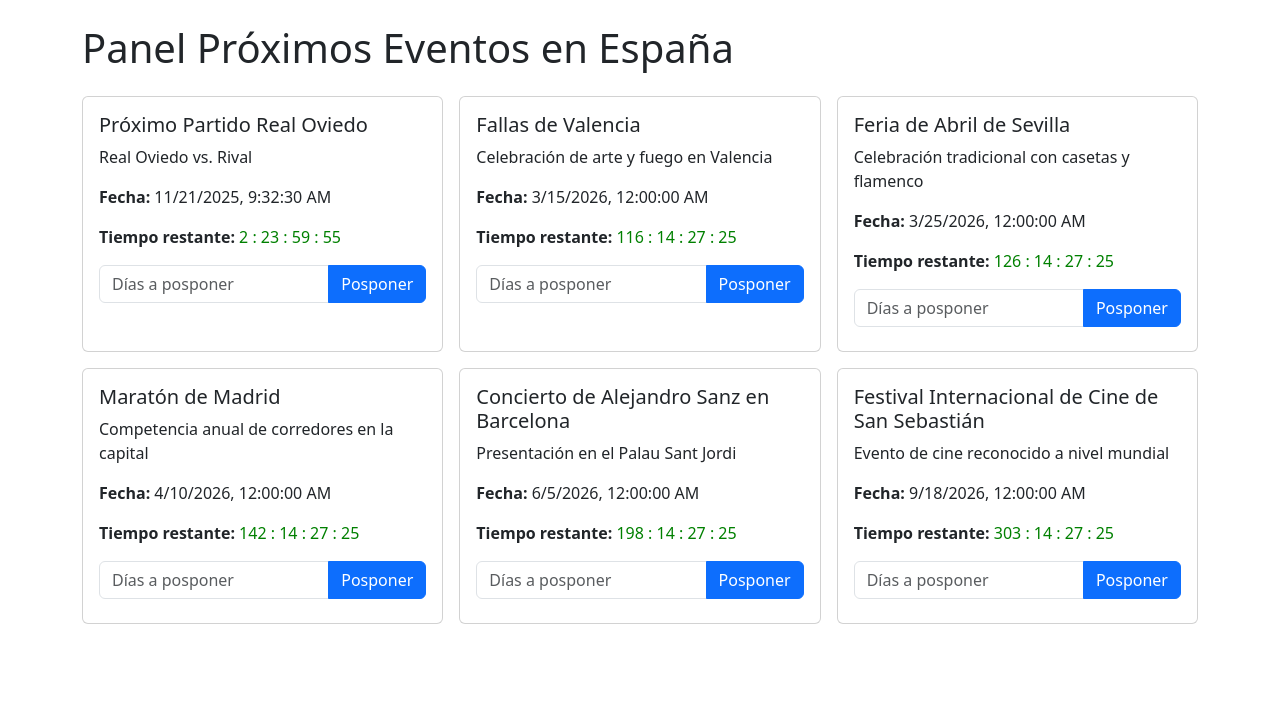
Repository: osoriomrs/DWEC
Page: EJER_16/Ejercicio2/index.html
These files come from the project's save history. The page is drawn as it stood at one moment and after the next save; the edit follows.
The browser window is 1280 px wide. The pictures show the whole page.

Above is the page before, as saved 2026-01-14 11:05:48.

### EJER_16/Ejercicio2/index.html
<!DOCTYPE html>
<html lang="es">
<head>
  <meta charset="UTF-8">
  <meta name="viewport" content="width=device-width, initial-scale=1.0">
  <title>Panel de Eventos</title>
  <link href="https://cdn.jsdelivr.net/npm/bootstrap@5.3.2/dist/css/bootstrap.min.css" rel="stylesheet">
</head>
<body>
  <div class="container py-4">
    <h1 class="mb-4">Panel Próximos Eventos en España</h1>
    <div id="eventosContainer" class="row g-3"></div>
  </div>
  <script src="scripts/app.js"></script>
</body>
</html>

### EJER_16/Ejercicio2/scripts/app.js
const eventosContainer = document.getElementById("eventosContainer")

function crearFecha(...args) {
  if (args.length === 1) {
    if (typeof args[0] === "number") return new Date(args[0])
    if (typeof args[0] === "string") return new Date(args[0])
  }
  if (args.length === 3) return new Date(args[0], args[1] - 1, args[2])
  return null
}

const ahora = new Date()
const tresDiasDespues = new Date(ahora.getTime() + 3 * 24 * 60 * 60 * 1000)

let eventos = [
  { nombre: "Maratón de Madrid", descripcion: "Competencia anual de corredores en la capital", fecha: crearFecha("2026-04-10") },
  { nombre: "Feria de Abril de Sevilla", descripcion: "Celebración tradicional con casetas y flamenco", fecha: crearFecha(2026, 3, 25) },
  { nombre: "Festival Internacional de Cine de San Sebastián", descripcion: "Evento de cine reconocido a nivel mundial", fecha: crearFecha("2026-09-18") },
  { nombre: "Concierto de Alejandro Sanz en Barcelona", descripcion: "Presentación en el Palau Sant Jordi", fecha: crearFecha(2026, 6, 5) },
  { nombre: "Próximo Partido Real Oviedo", descripcion: "Real Oviedo vs. Rival", fecha: tresDiasDespues },
  { nombre: "Fallas de Valencia", descripcion: "Celebración de arte y fuego en Valencia", fecha: crearFecha("2026-03-15") }
]


function ordenarEventos() {
  eventos.sort((a, b) => a.fecha - b.fecha)
}

function formatear(ms) {
  const s = Math.floor(ms / 1000)
  const d = Math.floor(s / 86400)
  const h = Math.floor((s % 86400) / 3600)
  const m = Math.floor((s % 3600) / 60)
  const sec = s % 60
  return `${d} : ${h} : ${m} : ${sec}`
}

function render() {
  eventosContainer.innerHTML = ""

  eventos.forEach((e, index) => {
    const card = document.createElement("div")
    card.className = "col-md-4"
    card.innerHTML = `
      <div class="card h-100">
        <div class="card-body d-flex flex-column">
          <h5 class="card-title">${e.nombre}</h5>
          <p class="card-text">${e.descripcion}</p>
          <p><b>Fecha:</b> ${e.fecha.toLocaleString()}</p>
          <p><b>Tiempo restante:</b> <span id="tiempo-${index}"></span></p>
          <div class="input-group mb-2">
            <input type="number" class="form-control" id="dias-${index}" placeholder="Días a posponer">
            <button class="btn btn-primary" id="btn-${index}">Posponer</button>
          </div>
        </div>
      </div>
    `
    eventosContainer.appendChild(card)

    const btn = document.getElementById(`btn-${index}`)
    const input = document.getElementById(`dias-${index}`)
    btn.addEventListener("click", () => {
      const dias = Number(input.value)
      if (!isNaN(dias)) {
        e.fecha.setDate(e.fecha.getDate() + dias)
        ordenarEventos()
      }
    })
  })
}

function actualizarTiempos() {
  const ahora = Date.now()
  eventos.forEach((e, index) => {
    const tiempoSpan = document.getElementById(`tiempo-${index}`)
    if (!tiempoSpan) return
    const diff = e.fecha.getTime() - ahora
    tiempoSpan.textContent = diff > 0 ? formatear(diff) : "FINALIZADO"
    tiempoSpan.style.color = diff > 0 ? "green" : "red"
  })
}

ordenarEventos()
render()
setInterval(actualizarTiempos, 1000)

After the next save:
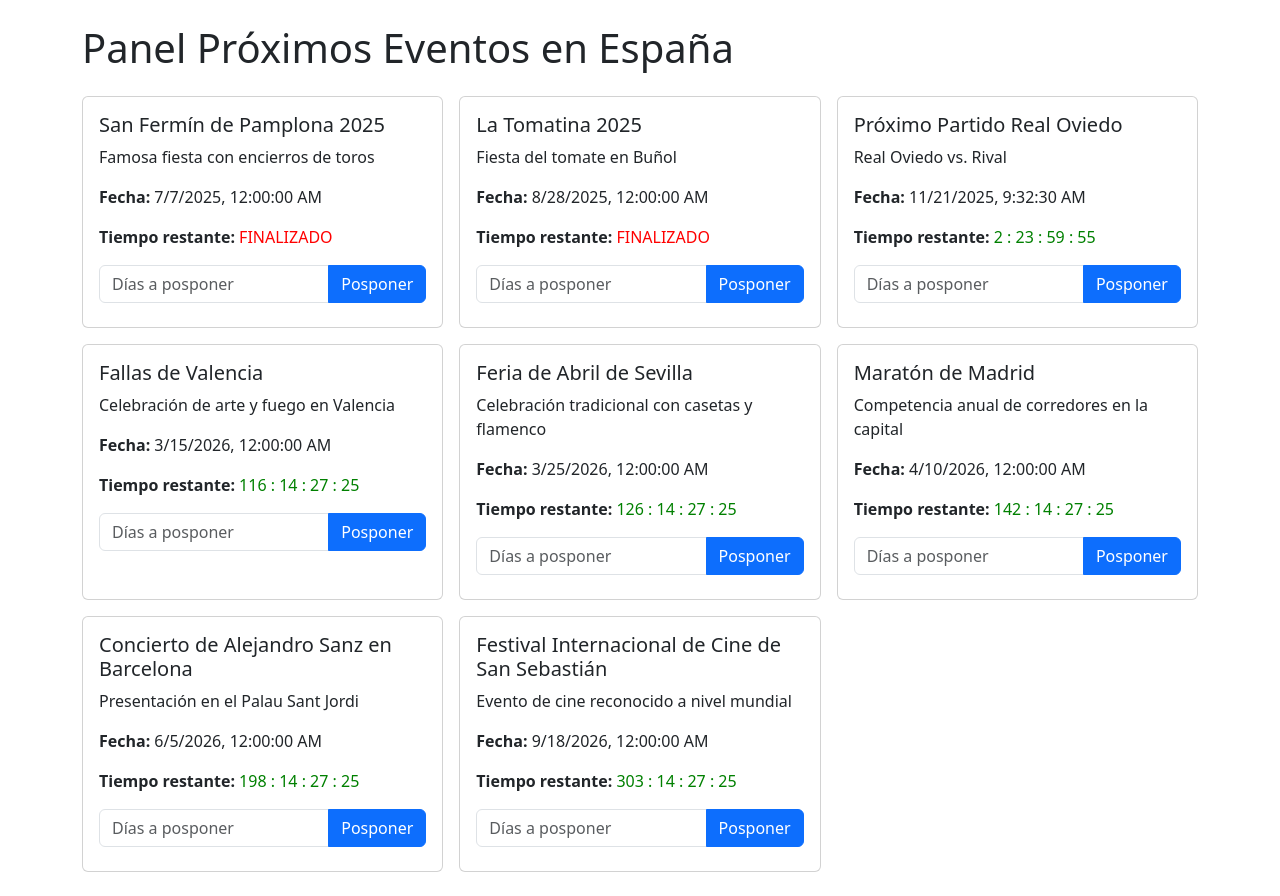
Saved 111 s later.
--- a/EJER_16/Ejercicio2/scripts/app.js
+++ b/EJER_16/Ejercicio2/scripts/app.js
@@ -18,7 +18,9 @@
   { nombre: "Festival Internacional de Cine de San Sebastián", descripcion: "Evento de cine reconocido a nivel mundial", fecha: crearFecha("2026-09-18") },
   { nombre: "Concierto de Alejandro Sanz en Barcelona", descripcion: "Presentación en el Palau Sant Jordi", fecha: crearFecha(2026, 6, 5) },
   { nombre: "Próximo Partido Real Oviedo", descripcion: "Real Oviedo vs. Rival", fecha: tresDiasDespues },
-  { nombre: "Fallas de Valencia", descripcion: "Celebración de arte y fuego en Valencia", fecha: crearFecha("2026-03-15") }
+  { nombre: "Fallas de Valencia", descripcion: "Celebración de arte y fuego en Valencia", fecha: crearFecha("2026-03-15") },
+  { nombre: "San Fermín de Pamplona 2025", descripcion: "Famosa fiesta con encierros de toros", fecha: crearFecha("2025-07-07") },
+  { nombre: "La Tomatina 2025", descripcion: "Fiesta del tomate en Buñol", fecha: crearFecha("2025-08-28") }
 ]
 
 
